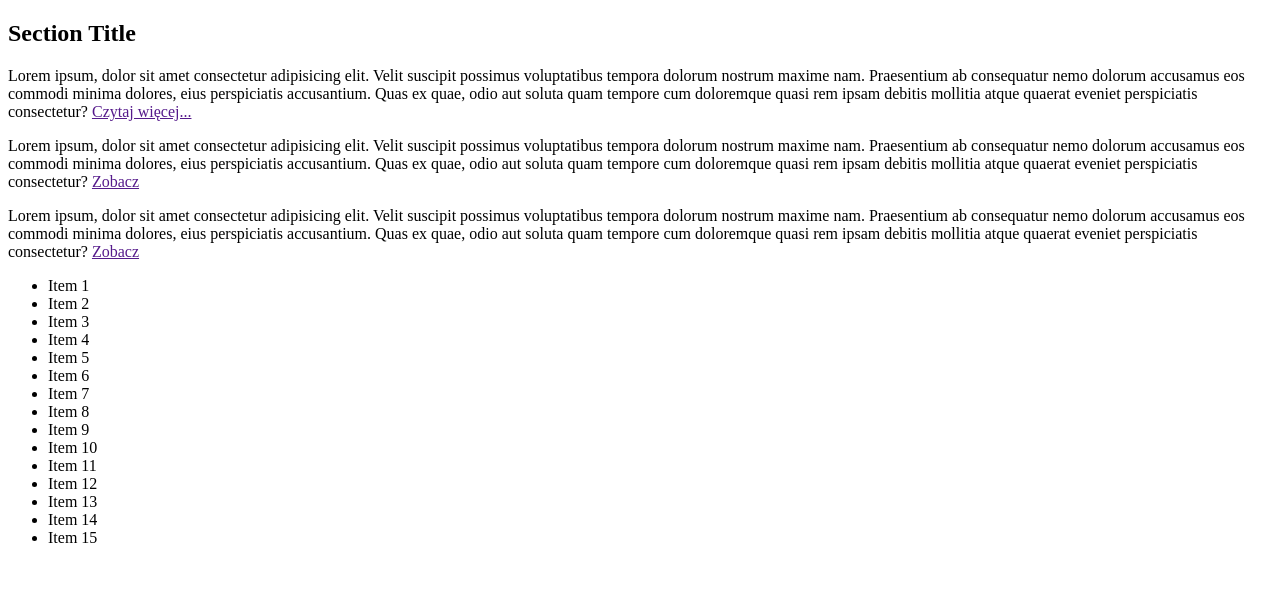
Repository: magdaf41/jQuery
Page: zadanie 3/index.html
These files come from the project's save history. The page is drawn as it stood at one moment and after the next save; the edit follows.
The browser window is 1280 px wide. The pictures show the whole page.

Above is the page before, as saved 2020-09-08 21:08:30.

After the next save:
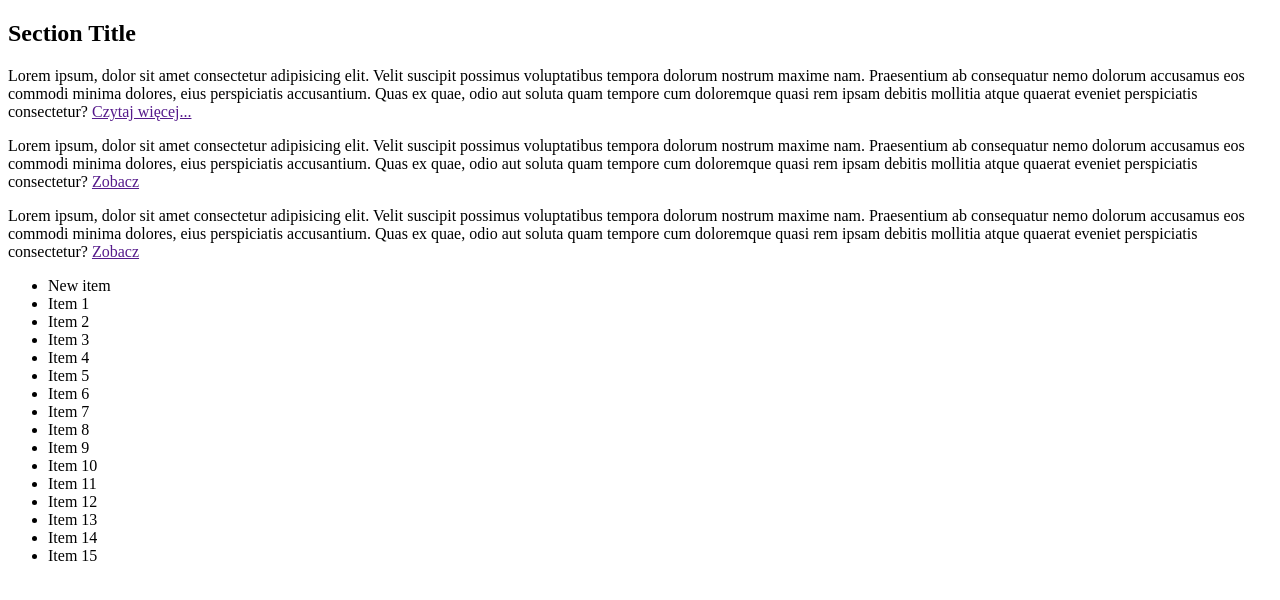
Saved 2 min 31 s later.
--- a/zadanie 3/js/main.js
+++ b/zadanie 3/js/main.js
@@ -1,4 +1,6 @@
 $(document).ready(function () {
    const newLi = $('<li class = "list-item">New item</li>');
    console.log(newLi);
+
+   $('ul').prepend(newLi);
 });

After the save that followed:
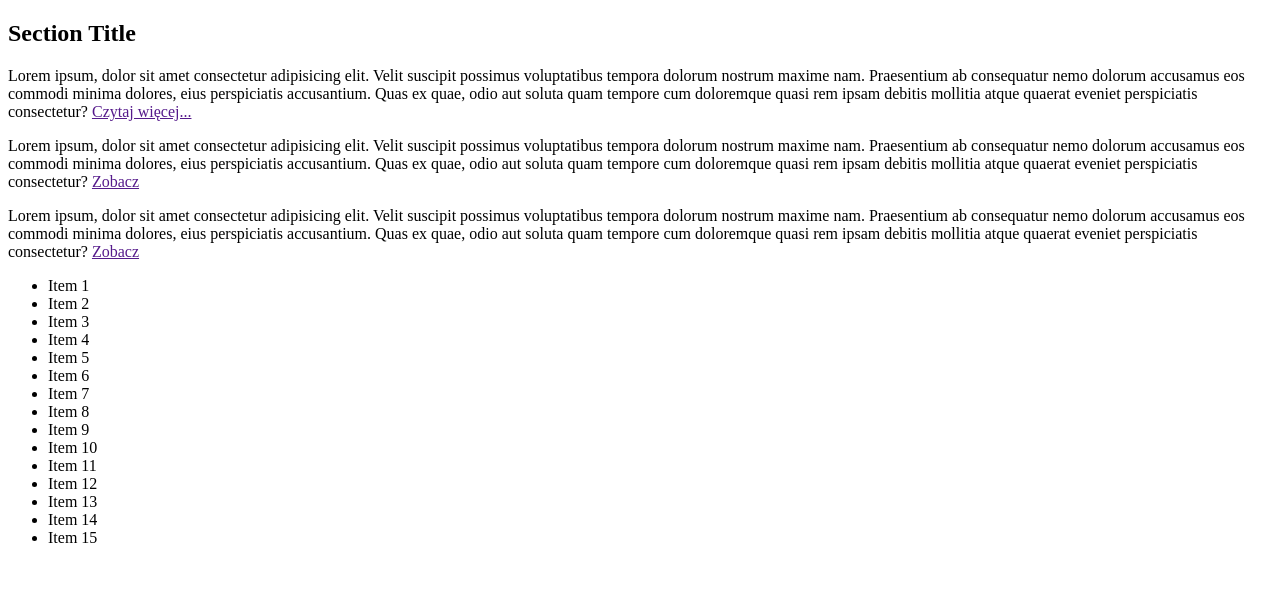
Console error: TypeError: $(...).apend is not a function
Saved 11 s later.
--- a/zadanie 3/js/main.js
+++ b/zadanie 3/js/main.js
@@ -2,5 +2,5 @@
    const newLi = $('<li class = "list-item">New item</li>');
    console.log(newLi);
 
-   $('ul').prepend(newLi);
+   $('ul').apend(newLi);
 });
